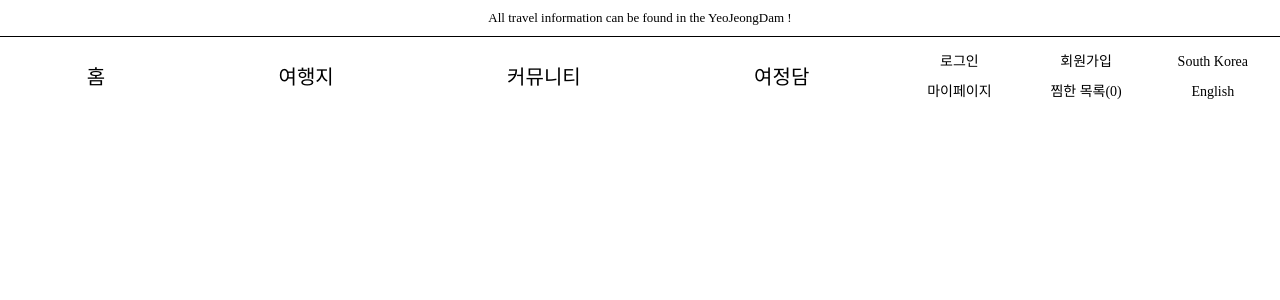
Repository: gaeunlee95/semi
Page: http://localhost/semi/main.jsp
The author's editor kept a copy of each file at every save. The page is drawn from the files as they stood at one save, then again after the next save.
The browser window is 1280 px wide. The pictures show the whole page.
The page is served by Tomcat 9.

Above is the page before, as saved 2023-12-06 17:04:20.

### semi/src/main/webapp/main.jsp
<%@ page language="java" contentType="text/html; charset=UTF-8"
    pageEncoding="UTF-8"%>
<!DOCTYPE html>
<html>
<head>
<meta charset="UTF-8">
<title>메인 페이지</title>
<link rel="stylesheet" href="resources/css/style.css">
<style>
/* *{
	color: blue;
} */
</style>
</head>
<body>
	<jsp:include page="header.jsp" />
</body>
</html>

### semi/src/main/webapp/header.jsp
<%@ page language="java" contentType="text/html; charset=UTF-8"
    pageEncoding="UTF-8"%>
<%@ taglib uri="http://java.sun.com/jsp/jstl/core" prefix="c" %>
<header>
	<div id = "header">
		<div id="welcome">
			<p>All travel information can be found in the YeoJeongDam !</p>
		</div>
		<nav>
		<div id="menu">
			<div id="mainMenu">
				<ul>
					<li><a href="#">홈</a></li>
					<li><a href="#">여행지</a></li>
					<li><a href="#">커뮤니티</a></li>
					<li><a href="#">여정담</a></li>
				</ul>
			</div>
			<div id="sideMenu">
				<ul id="sideMenu_1">
					<li><a href="#">로그인</a></li>
					<li><a href="#">회원가입</a></li>
					<li><a href="#">South Korea</a></li>
				</ul>
				<ul id="sideMenu_2">
					<li><a href="#">마이페이지</a></li>
					<li><a href="#">찜한 목록(0)</a></li>
					<li><a href="#">English</a></li> <!-- 스크롤로 언어(영어/한국) 선택 -->
				</ul>
			</div>
		</div>
		</nav>
	</div>





  <%-- <nav>
  <c:choose>
    <c:when test="${empty sessionId}">
	    <ul id="topMenu">
	  	  <li><a href="/loginform.do">로그인</a></li>
	  	  <li><a href="/joinform.do">회원가입</a></li>
	  	  <li><a href="/boardlist.do">게시판</a></li>
	  	  <li><a href="/memberlist.do">회원목록</a></li>
	  	</ul>
    </c:when>
    <c:otherwise>
    	<ul id="topMenu">
	  	  <li><a href="/logout.do">(${sessionId}님)로그아웃</a></li>
	  	  <li><a href="/memberview.do?id=${sessionId}">나의 정보</a></li>
	  	  <li><a href="/boardlist.do">게시판</a></li>
	  	  <li><a href="/memberlist.do">회원 목록</a></li>
	  	</ul>
    </c:otherwise>
   </c:choose>
  </nav> --%>
</header>

### semi/src/main/webapp/resources/css/style.css
@charset "UTF-8";
/* 공통 스타일 */
*{margin: 0; padding: 0;}
#container{width: 1024px; margin: 30px auto 100px;}
ul li{list-style: none;}
a{text-decoration: none; color: black;}

/* header 스타일 */
header{
	/*width : 1024px;*/
	width: 100%;
	margin : 0 auto;
}
header #welcome{
	text-align: center;
	border-bottom: 1px solid black;
}
header #welcome p{
	padding: 10px 0;
	font-size: 13px;
}
header #menu{
	width: 100%;
}
header nav div{	/*각 mainMenu, sideMenu div에 float를 주어 가로정렬*/ /*nav에 float 주면 가로정렬 되지 않음*/
	float: left;
}
header #mainMenu{
	/*width: 700px;*/
	width: 70%;
	line-height: 80px;
}
header #mainMenu ul{
	display: flex;
	justify-content: space-around;
}
header #mainMenu li{
	font-size: 20px;
	color: black;
}
header #sideMenu{
	/*width: 324px;*/
	width: 30%;
}
header #sideMenu_1 li a{
	padding-top: 10px;
}
header #sideMenu ul{
	line-height: 30px;
	display: flex;
}
header #sideMenu li{
	font-size: 14px;
	width: 33%;
}
header #sideMenu li a{
	display:flex;
	justify-content: center;
}
header #sideMenu #sideMenu_1 a{
	padding-top: 10px;
}
header #sideMenu #sideMenu_2 a{
	padding-bottom: 10px;
}

/* mainMenu의 경우, li 사이에 동일한 간격을 주기위해 padding 사용 */
/* sideMenu의 경우, padding으로 간격을 줄 시 아래위 li의 위치가 달라짐. 이에 li에 width와 flex요소를 주어 가운데 정렬 시킴 */

/* 구현 1 */
/* 헤더의 width 1024px에서 줄어들 경우, 각 li 사이의 거리 가까워짐*/

/* 구현 2 */
/* mainMenu의 각 li에 마우스 올릴 시, 전체 하위 카테고리 나옴 + 헤더부분의 배경색 변경됨 */
/* mainMenu의 각 li에 마우스 올릴 시, li에 italic, 밑줄표시 */
/* 하단 카테고리 선택 시, 연한 색상 -> 진한 색상으로 변경, italic, 밑줄표시*/

After the next save:
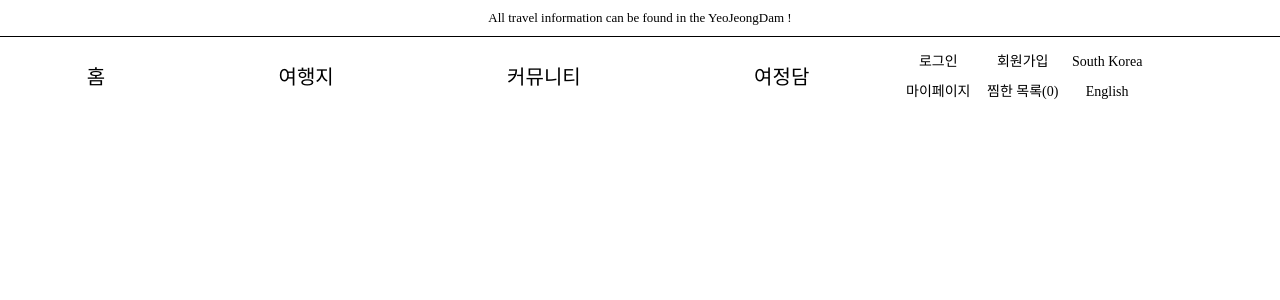
Saved 27 min 43 s later.
--- a/semi/src/main/webapp/resources/css/style.css
+++ b/semi/src/main/webapp/resources/css/style.css
@@ -40,7 +40,7 @@ header #mainMenu li{
 }
 header #sideMenu{
 	/*width: 324px;*/
-	width: 30%;
+	width: 20%;
 }
 header #sideMenu_1 li a{
 	padding-top: 10px;
